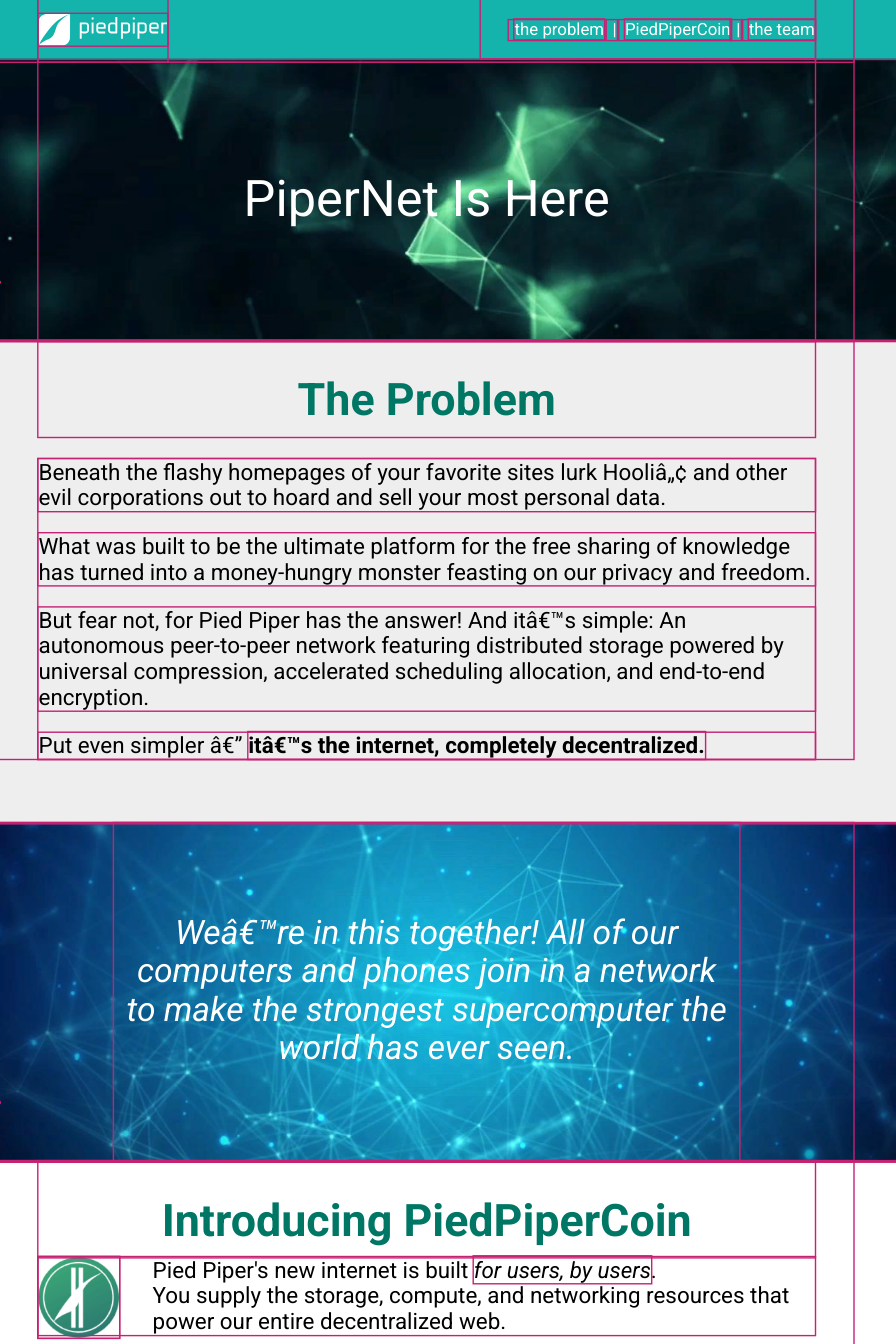
Repository: armus503/Pip_Piper
Page: Pip_Piper.html
The author's editor kept a copy of each file at every save. The page is drawn from the files as they stood at one save, then again after the next save.
The browser window is 1280 px wide. The pictures show the part of the page from y = 0 to 1920 px (the page is 3271 px tall), at 70% of full size.

Above is the page before, as saved 2021-07-21 00:18:05.

After the next save:
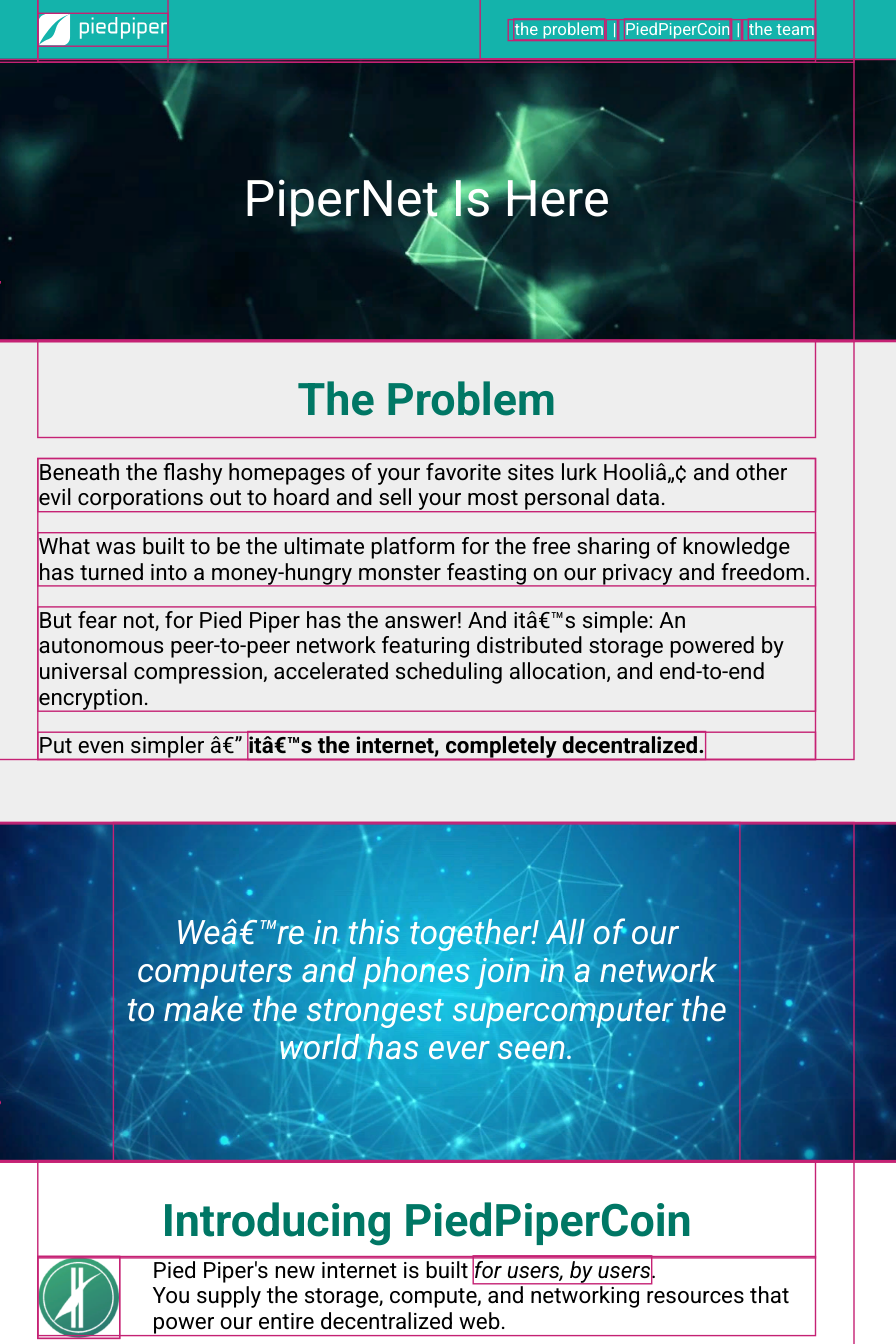
Saved 56 s later.
--- a/Pip_Piper.html
+++ b/Pip_Piper.html
@@ -32,9 +32,9 @@
     </header>
     <main class="main">
         <section id="anchor-logo" class="jumbotron">
-            <div class="main-content">
-                <div class="text-jumbotron">PiperNet Is Here</div>
-            </div>
+
+            <div class="text-jumbotron">PiperNet Is Here</div>
+
         </section>
         <div class="anchor">
             <a id="anchor-the_Problem" class="anchor__link"></a>

After the save that followed:
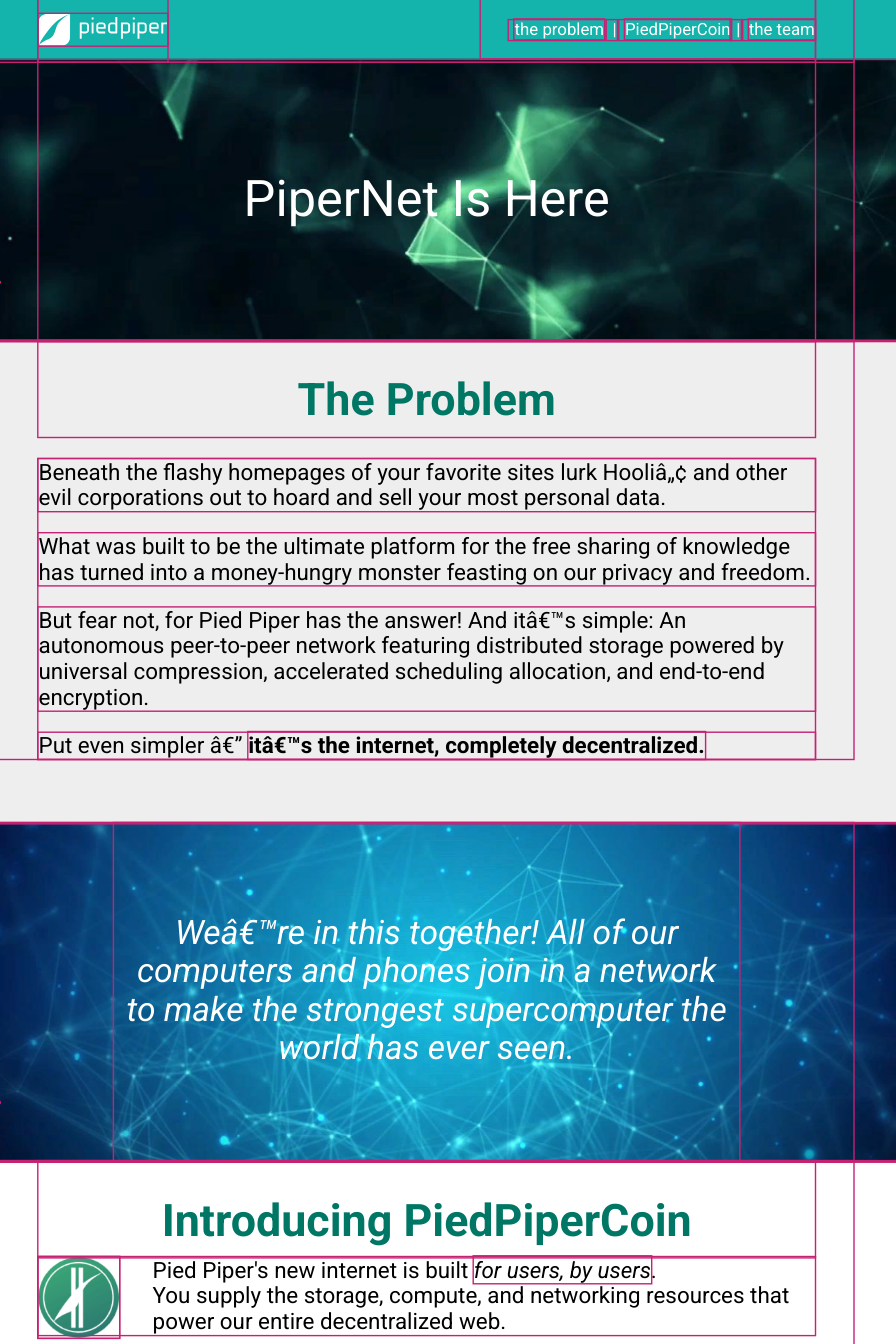
Saved 92 s later.
--- a/Pip_Piper.html
+++ b/Pip_Piper.html
@@ -32,9 +32,9 @@
     </header>
     <main class="main">
         <section id="anchor-logo" class="jumbotron">
-
-            <div class="text-jumbotron">PiperNet Is Here</div>
-
+            <div class="main-content">
+                <div class="text-jumbotron">PiperNet Is Here</div>
+            </div>
         </section>
         <div class="anchor">
             <a id="anchor-the_Problem" class="anchor__link"></a>
--- a/Pip_Piper.css
+++ b/Pip_Piper.css
@@ -421,7 +421,8 @@
 
 /*My styles*/
 
-.body {
+
+/*.body {
     font-family: 'Roboto', sans-serif;
     font-size: 32px;
     line-height: 1.2;
@@ -432,7 +433,7 @@
     box-sizing: border-box;
     margin: 0, auto;
     width: 100%;
-}
+}*/
 
 .main {
     background-size: cover;
